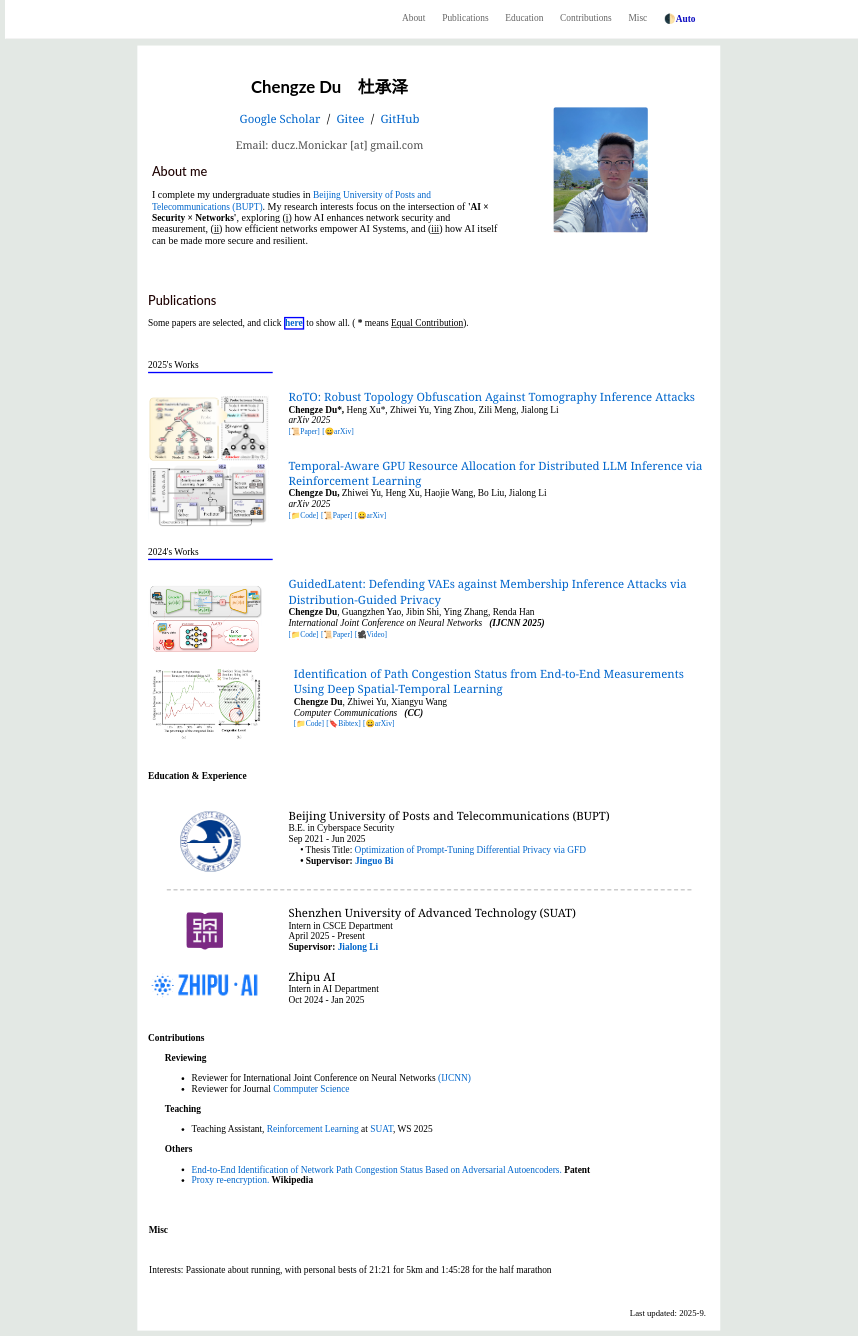
Repository: Monickar/Monickar.github.io
Page: index.html
An editor plug-in stored every save of this project. The page is shown before and after the next save, followed by the edit.
The browser window is 1280 px wide. The pictures show the whole page, at 67% of full size.

Above is the page before, as saved 2025-10-28 18:53:37.

After the next save:
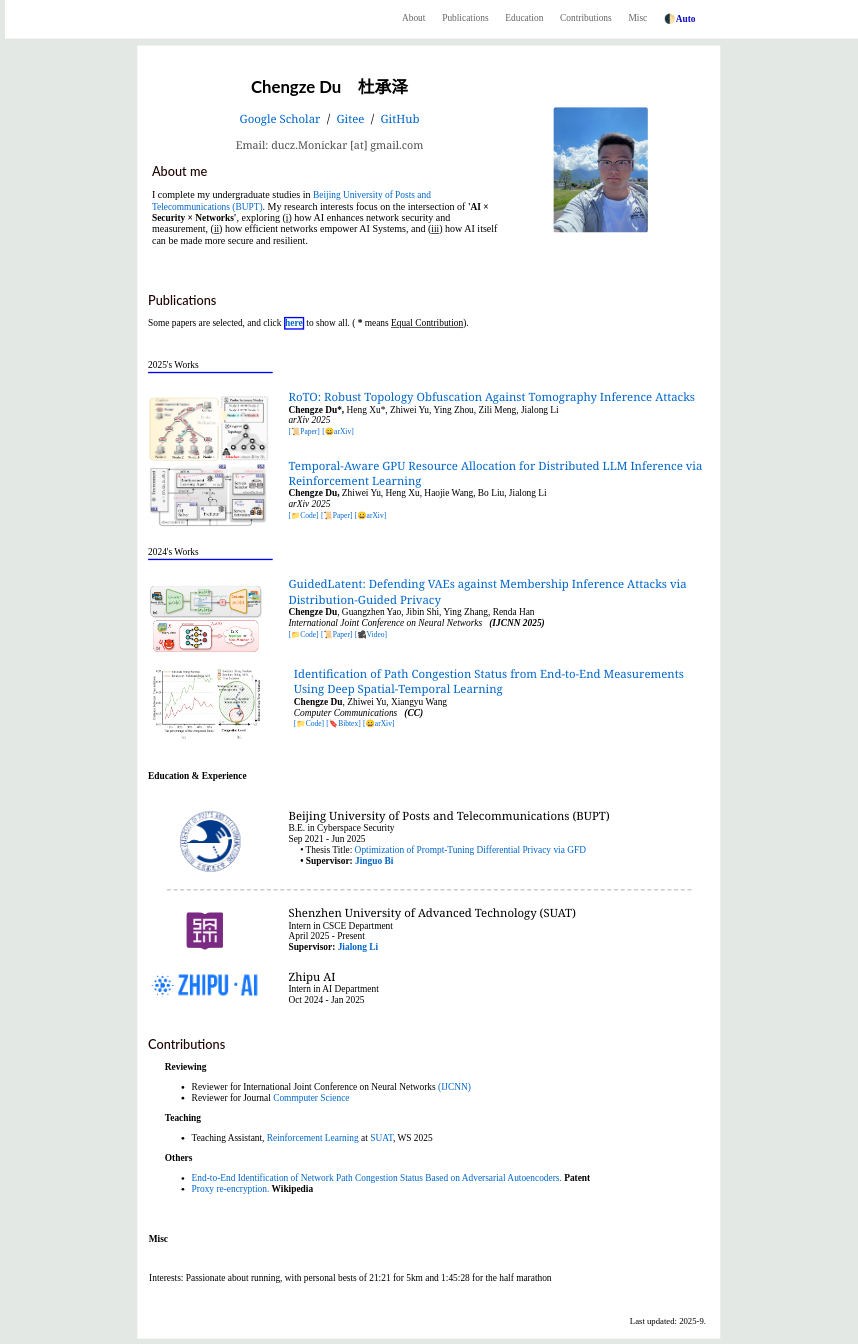
Saved 9 s later.
--- a/index.html
+++ b/index.html
@@ -298,7 +298,7 @@
  <table id="contributions" style="width:100%;border:0px;border-spacing:0px;border-collapse:separate;margin-right:auto;margin-left:auto;"><tbody>
   <tr>
     <td style="padding:16px; width:100%; vertical-align:middle">
-      <h2>Contributions</h2>
+      <h2 class="subtitle">Contributions</h2>
 
       <div style="padding-left: 25px;">
         <h3>Reviewing</h3>
